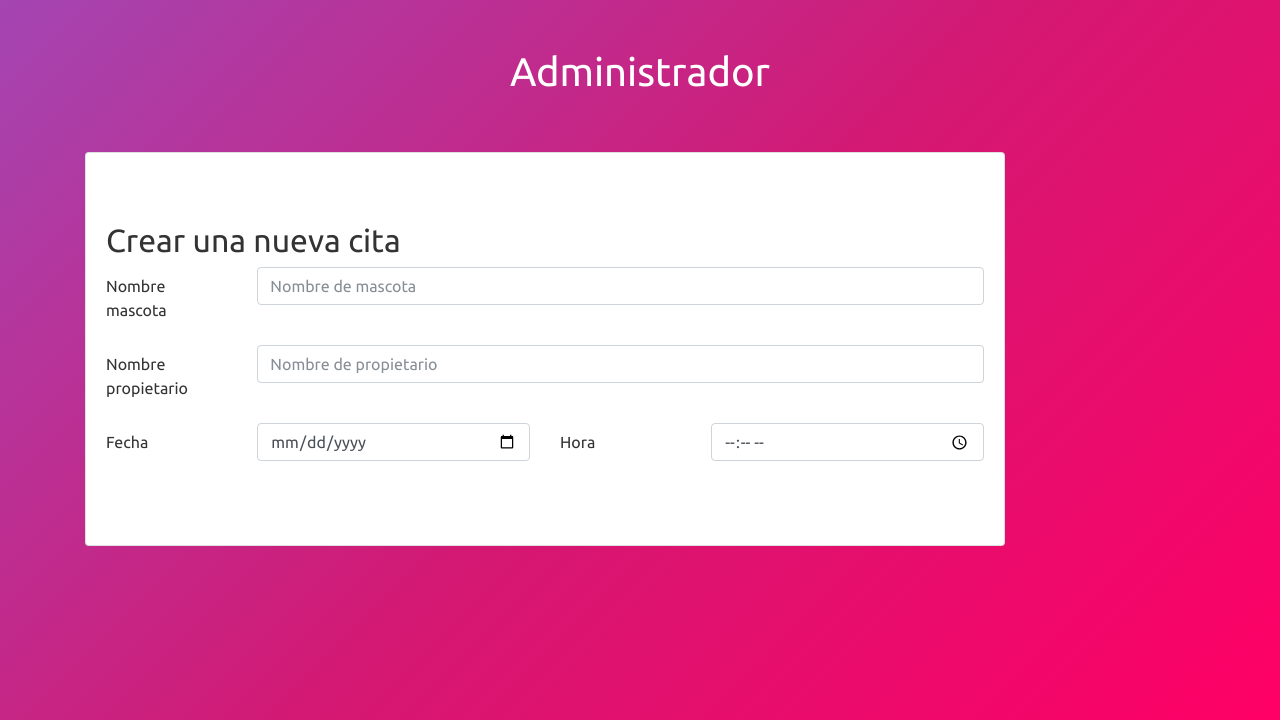
Repository: harrycampaz/react-veterinario-form
Page: /
These files come from the project's save history. The page is drawn as it stood at one moment and after the next save; the edit follows.
The browser window is 1280 px wide. The pictures show the whole page.
The project was rebuilt for these pictures with package versions that can differ from the ones it lists, and the page was loaded fresh each time.

Above is the page before, as saved 2020-01-16 14:23:04.

### src/App.js
import React, { Component } from "react";
import "./bootstrap.min.css";
import Header from "./components/ui/Header";
import NuevaCita from "./components/layout/NuevaCita";

class App extends Component {
  state = {};
  render() {
    return (
      <div className="container">
        <Header titulo="Administrador" />
        <div className="row">
          <div className="col-md-10 max-auto">
            <NuevaCita />
          </div>
        </div>
      </div>
    );
  }
}

export default App;

### src/components/ui/Header.js
import React from 'react';

const Header = ({titulo}) => {
    return (
      <header>
<h1 className="text-center"> {titulo}</h1>
      </header>
    );
};

export default Header;

### src/components/layout/NuevaCita.js
import React, { Component } from "react";

class NuevaCita extends Component {
  render() {
    return (

      <div className="card mt-5 py-5">
        <div className="card-body">
          <h2> Crear una nueva cita</h2>
        <form>
          <div class="form-group row">
            <label className="col-sm-4 col-lg-2 col-form-label" for="nombre">
              Nombre mascota
            </label>
            <div className="col-sm-8 col-lg-10">
              <input
                type="text"
                className="form-control"
                name="mascota"
                id="mascota"
                aria-describedby="emailHelpId"
                placeholder="Nombre de mascota"
              />
            </div>
          </div>
          <div class="form-group row">
            <label className="col-sm-4 col-lg-2 col-form-label" for="nombre">
              Nombre propietario
            </label>
            <div className="col-sm-8 col-lg-10">
              <input
                type="text"
                className="form-control"
                name="propietario"
                id="propietario"
                aria-describedby="emailHelpId"
                placeholder="Nombre de propietario"
              />
            </div>
          </div>

          <div class="form-group row">
            <label className="col-sm-4 col-lg-2 col-form-label" for="nombre">
              Fecha
            </label>
            <div className="col-sm-8 col-lg-4">
              <input
                type="date"
                className="form-control"
                name="fecha"
                id="fecha"
                aria-describedby="emailHelpId"
              />
            </div>

            <label className="col-sm-4 col-lg-2 col-form-label" for="nombre">
              Hora
            </label>
            <div className="col-sm-8 col-lg-4">
              <input
                type="time"
                className="form-control"
                name="propietario"
                id="propietario"
                aria-describedby="emailHelpId"
                placeholder="Nombre de propietario"
              />
            </div>
          </div>
        </form>
      </div>
      </div>
    );
  }
}

export default NuevaCita;

Loaded but not shown: public/index.html (common file); src/index.js (common file); src/index.css (common file); src/serviceWorker.js (common file); src/bootstrap.min.css (library)

After the next save:
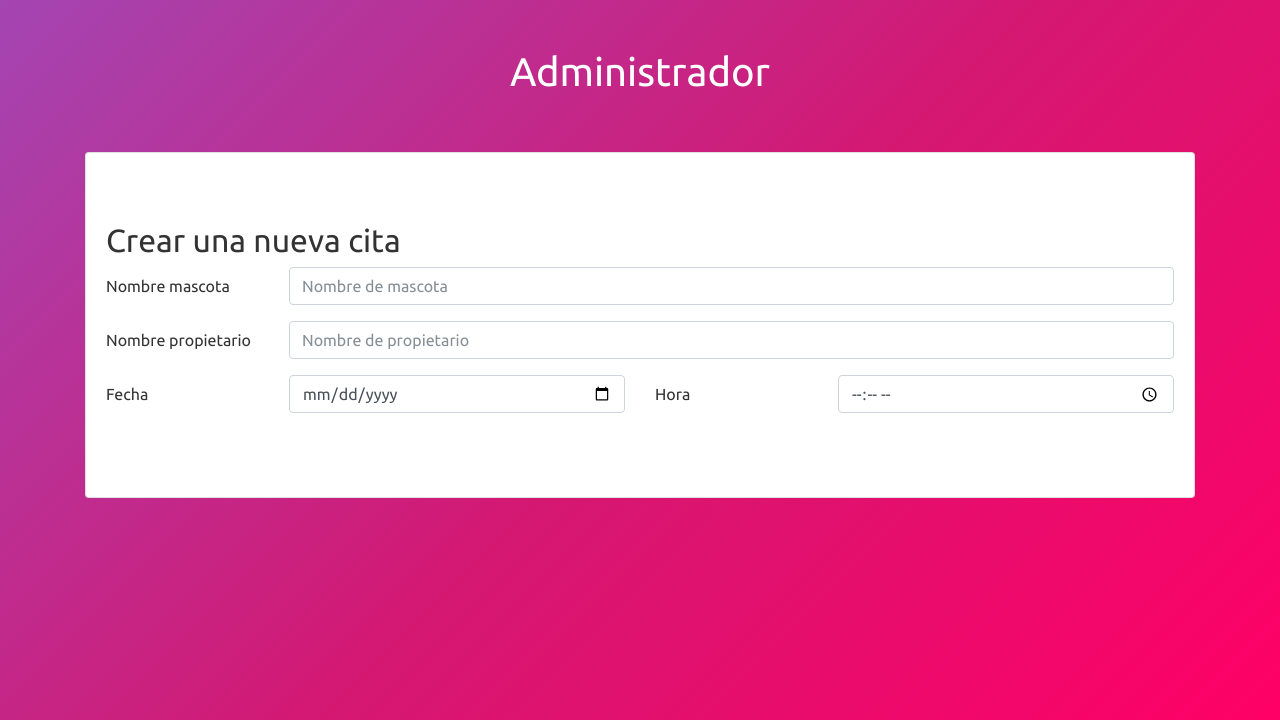
Saved 22 s later.
--- a/src/App.js
+++ b/src/App.js
@@ -10,7 +10,7 @@ class App extends Component {
       <div className="container">
         <Header titulo="Administrador" />
         <div className="row">
-          <div className="col-md-10 max-auto">
+          <div className="col-md-12 max-auto">
             <NuevaCita />
           </div>
         </div>
